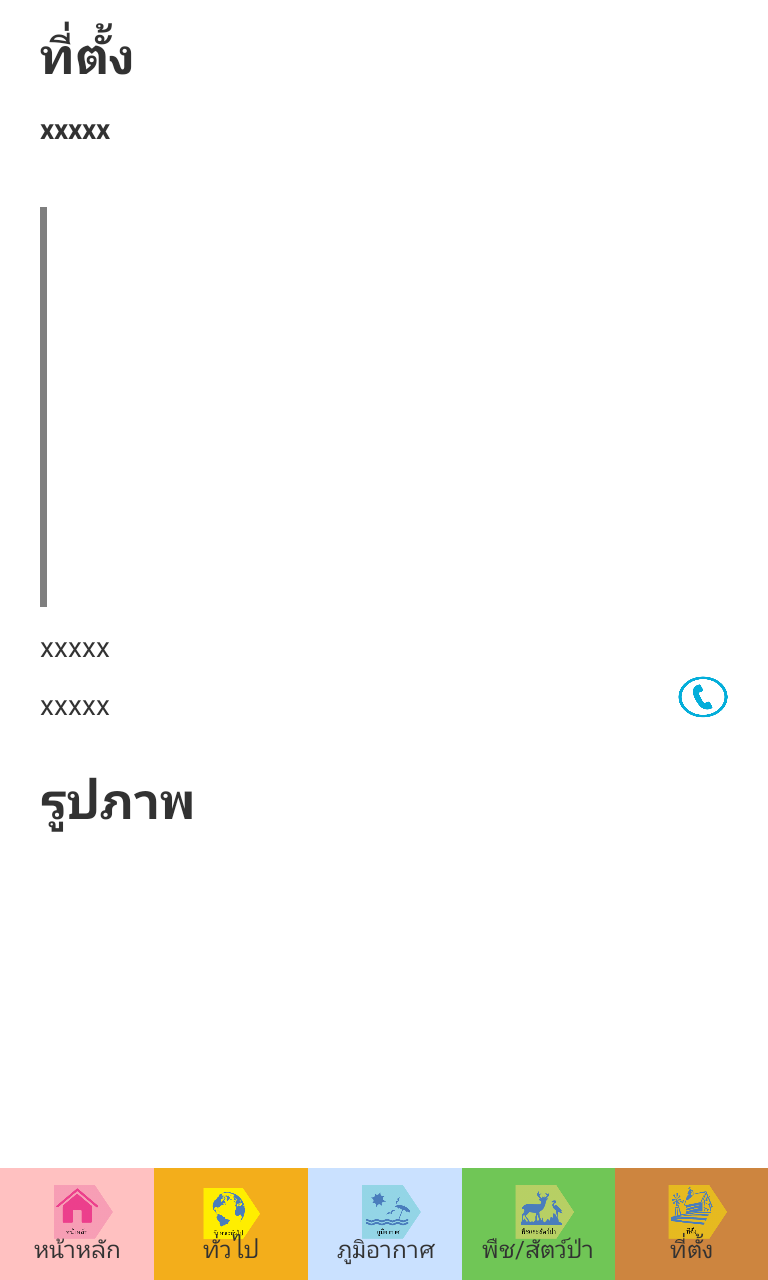
Repository: SettawutSomboon/SouthernNationalPark_Complete
Layout: SouthNationalParkTravel/SouthNationalPark/res/layout/animal.xml
An editor plug-in stored every save of this project. The layout is shown before and after the next save, followed by the edit.
Pictures or frames that could not be fetched are drawn as grey boxes. It is drawn on a 768 x 1280 px phone screen (xhdpi) without system bars, with theme AppTheme; the app's code is not run. Lists and similar views that code fills are empty.

Above is the layout before, as saved 2015-05-08 08:23:17.

After the next save:
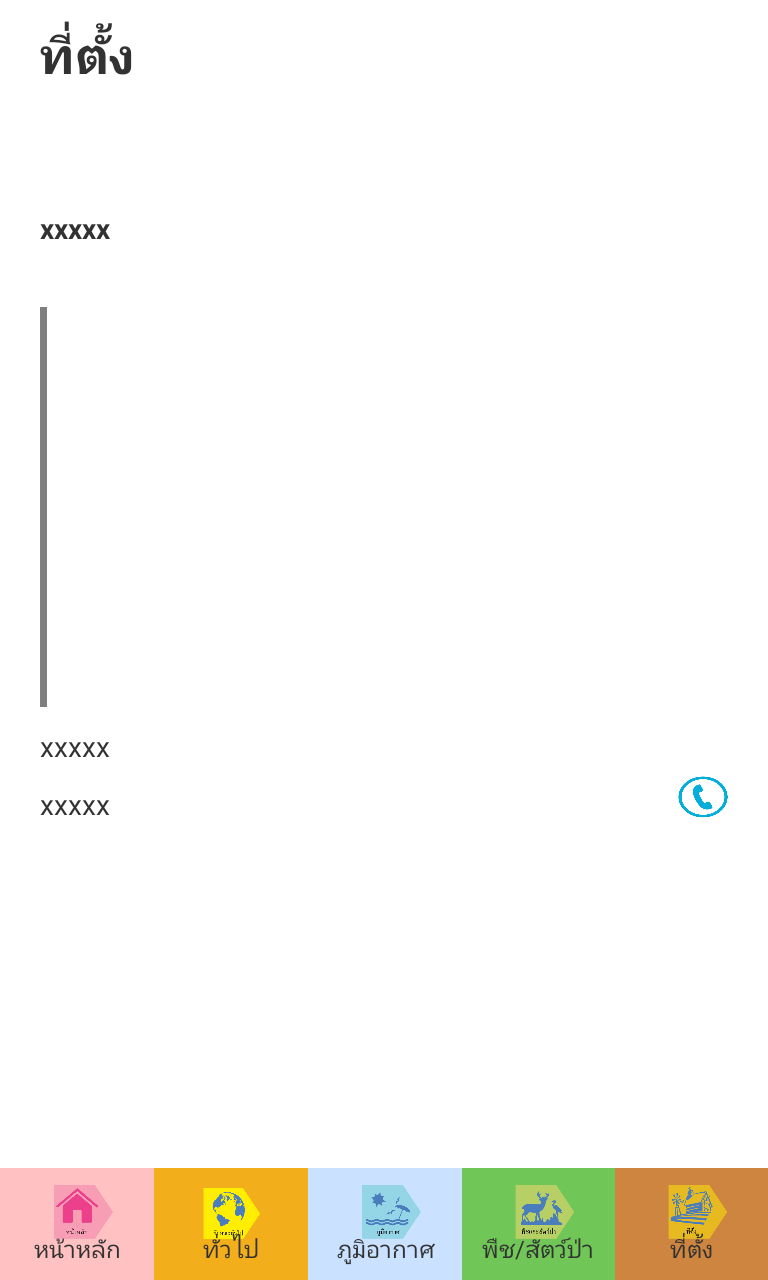
Saved 8 min 53 s later.
--- a/SouthNationalParkTravel/SouthNationalPark/res/layout/animal.xml
+++ b/SouthNationalParkTravel/SouthNationalPark/res/layout/animal.xml
@@ -14,6 +14,8 @@
         android:paddingBottom="10dp"
         android:paddingLeft="10dp"
         android:paddingRight="10dp" >
+
+
 
         <LinearLayout
             android:id="@+id/rl_easyfund_step1_purchase_wrap_content"
@@ -32,6 +34,24 @@
                 android:text="ที่ตั้ง"
                 android:textSize="25dp"
                 android:textStyle="bold" />
+
+                              <RelativeLayout
+                android:layout_width="match_parent"
+                android:layout_height="wrap_content" >
+
+                <GridView
+                    android:id="@+id/grid_image"
+                    android:layout_width="wrap_content"
+                    android:layout_height="wrap_content"
+                    android:layout_marginTop="50dp"
+                    android:columnWidth="100dp"
+                    android:gravity="center"
+                    android:horizontalSpacing="15dp"
+                    android:numColumns="2"
+                    android:stretchMode="columnWidth"
+                    android:verticalSpacing="15dp" >
+                </GridView>
+                </RelativeLayout>
 
             <TextView
                 android:id="@+id/txt_parkname"
@@ -63,7 +83,7 @@
                 android:layout_marginTop="10dp"
                 android:text="xxxxx" />
 
-            <RelativeLayout
+           <RelativeLayout
                 android:layout_width="match_parent"
                 android:layout_height="wrap_content" >
 
@@ -83,33 +103,9 @@
                     android:layout_alignParentRight="true"
                     android:background="@drawable/call" />
 
-                <TextView
-                    android:id="@+id/txt_picture"
-                    android:layout_width="wrap_content"
-                    android:layout_height="wrap_content"
-                    android:layout_marginRight="20dp"
-                    android:layout_marginTop="50dp"
-                    android:text="รูปภาพ"
-                    android:textSize="25dp"
-                    android:textStyle="bold" />
-
-                  <RelativeLayout
-                android:layout_width="match_parent"
-                android:layout_height="wrap_content" >
-
-                <GridView
-                    android:id="@+id/grid_image"
-                    android:layout_width="wrap_content"
-                    android:layout_height="wrap_content"
-                    android:layout_marginTop="100dp"
-                    android:columnWidth="100dp"
-                    android:gravity="center"
-                    android:horizontalSpacing="15dp"
-                    android:numColumns="2"
-                    android:stretchMode="columnWidth"
-                    android:verticalSpacing="15dp" >
-                </GridView>
-                </RelativeLayout>
+
+
+
             </RelativeLayout>
         </LinearLayout>
     </ScrollView>

After the save that followed:
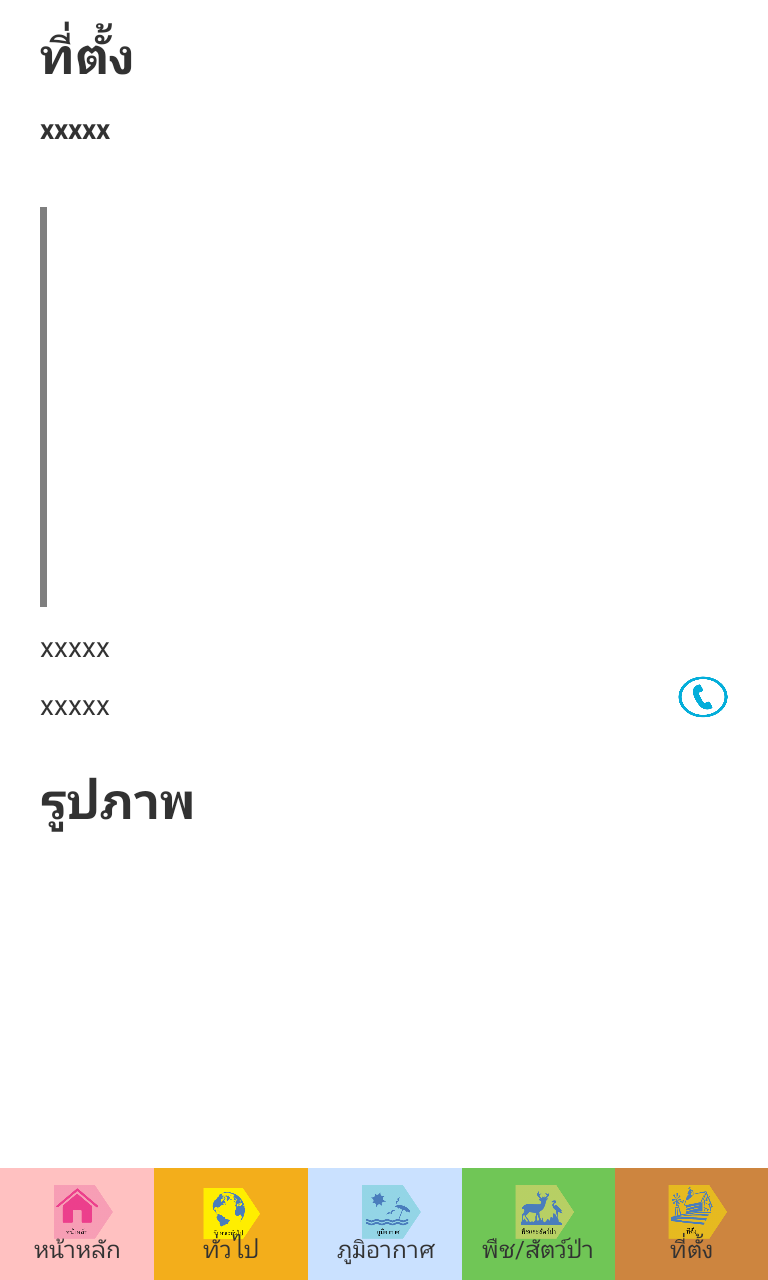
Saved 2 min 44 s later.
--- a/SouthNationalParkTravel/SouthNationalPark/res/layout/animal.xml
+++ b/SouthNationalParkTravel/SouthNationalPark/res/layout/animal.xml
@@ -14,8 +14,6 @@
         android:paddingBottom="10dp"
         android:paddingLeft="10dp"
         android:paddingRight="10dp" >
-
-
 
         <LinearLayout
             android:id="@+id/rl_easyfund_step1_purchase_wrap_content"
@@ -34,24 +32,6 @@
                 android:text="ที่ตั้ง"
                 android:textSize="25dp"
                 android:textStyle="bold" />
-
-                              <RelativeLayout
-                android:layout_width="match_parent"
-                android:layout_height="wrap_content" >
-
-                <GridView
-                    android:id="@+id/grid_image"
-                    android:layout_width="wrap_content"
-                    android:layout_height="wrap_content"
-                    android:layout_marginTop="50dp"
-                    android:columnWidth="100dp"
-                    android:gravity="center"
-                    android:horizontalSpacing="15dp"
-                    android:numColumns="2"
-                    android:stretchMode="columnWidth"
-                    android:verticalSpacing="15dp" >
-                </GridView>
-                </RelativeLayout>
 
             <TextView
                 android:id="@+id/txt_parkname"
@@ -83,7 +63,7 @@
                 android:layout_marginTop="10dp"
                 android:text="xxxxx" />
 
-           <RelativeLayout
+            <RelativeLayout
                 android:layout_width="match_parent"
                 android:layout_height="wrap_content" >
 
@@ -103,9 +83,43 @@
                     android:layout_alignParentRight="true"
                     android:background="@drawable/call" />
 
-
-
-
+                <TextView
+                    android:id="@+id/txt_picture"
+                    android:layout_width="wrap_content"
+                    android:layout_height="wrap_content"
+                    android:layout_marginRight="20dp"
+                    android:layout_marginTop="50dp"
+                    android:text="รูปภาพ"
+                    android:textSize="25dp"
+                    android:textStyle="bold" />
+
+                  <RelativeLayout
+                android:layout_width="match_parent"
+                android:layout_height="wrap_content" >
+
+                       <ScrollView
+        android:id="@+id/sv"
+        android:layout_width="match_parent"
+        android:layout_height="wrap_content"
+        android:layout_marginBottom="45dp"
+        android:paddingBottom="10dp"
+        android:paddingLeft="10dp"
+        android:paddingRight="10dp" >
+
+                <GridView
+                    android:id="@+id/grid_image"
+                    android:layout_width="wrap_content"
+                    android:layout_height="wrap_content"
+                    android:layout_marginTop="100dp"
+                    android:columnWidth="100dp"
+                    android:gravity="center"
+                    android:horizontalSpacing="15dp"
+                    android:numColumns="2"
+                    android:stretchMode="columnWidth"
+                    android:verticalSpacing="15dp" >
+                </GridView>
+                </ScrollView>
+                </RelativeLayout>
             </RelativeLayout>
         </LinearLayout>
     </ScrollView>
